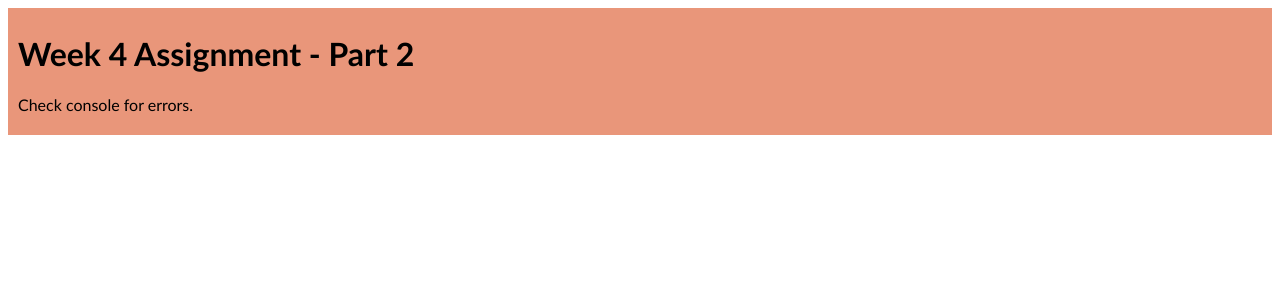
Repository: Ellusionism/prime-pw-week-4-assignment-part-2
Page: assignment/index.html
The author's editor kept a copy of each file at every save. The page is drawn from the files as they stood at one save, then again after the next save.
The browser window is 1280 px wide. The pictures show the whole page.

Above is the page before, as saved 2022-11-16 17:45:58.

After the next save:
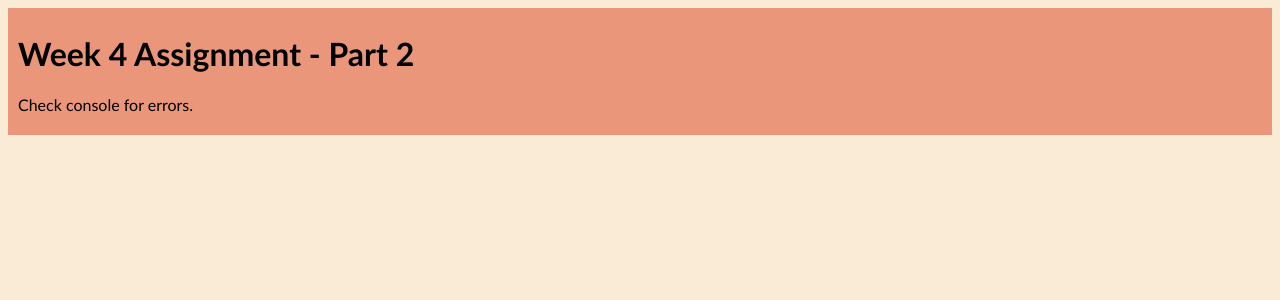
Saved 4 s later.
--- a/assignment/stylesheet.css
+++ b/assignment/stylesheet.css
@@ -1,6 +1,5 @@
 body {
  font-family:'Trebuchet MS', 'Lucida Sans Unicode', 'Lucida Grande', 'Lucida Sans', Arial, sans-serif;
- font
  background-color:antiquewhite;
 }
 
